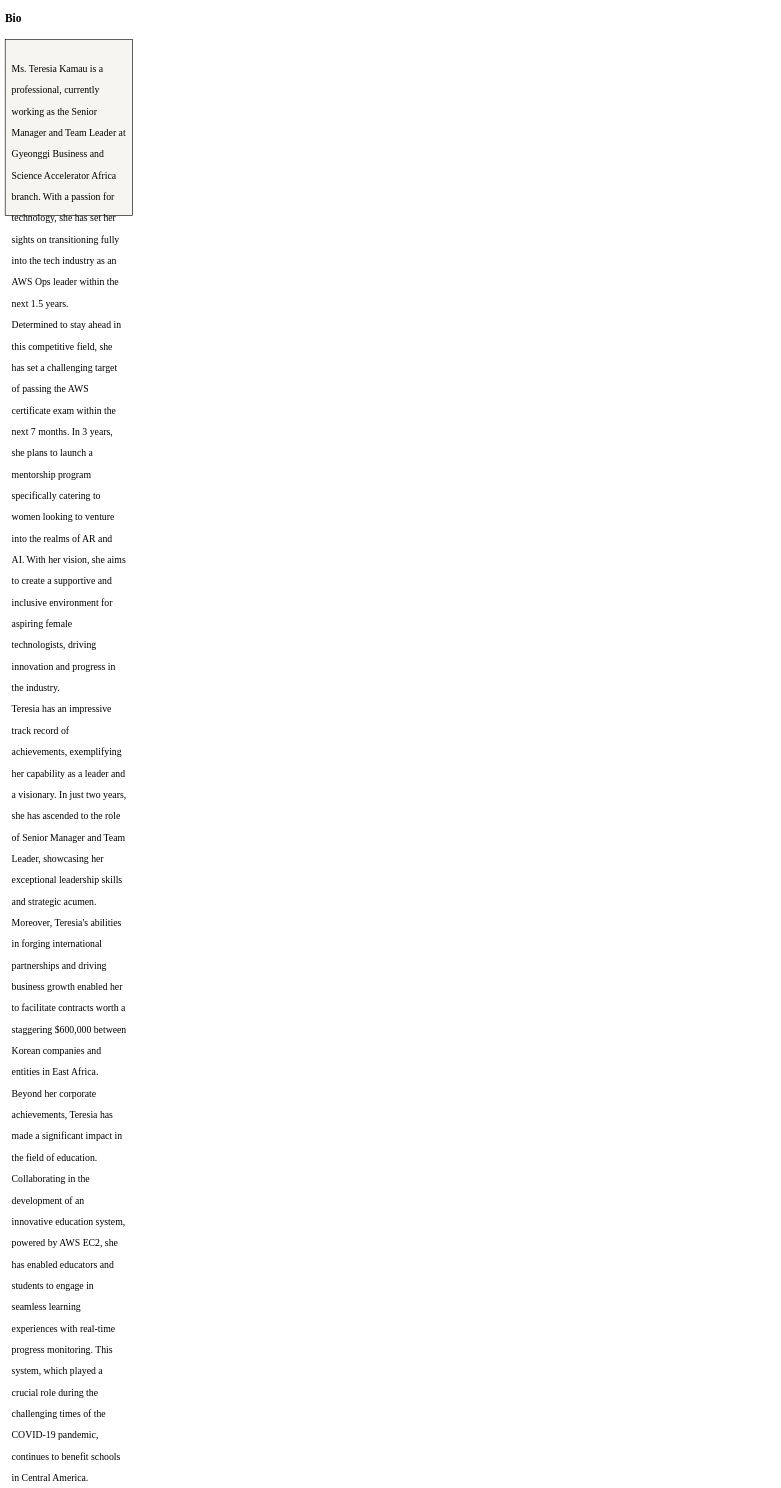
Repository: tessa5/developerPortfolio
Page: public/bio.html
These files come from the project's save history. The page is drawn as it stood at one moment and after a run of saves; the edit follows.
The browser window is 1280 px wide. The pictures show the whole page, at 61% of full size.

Above is the page before, as saved 2023-08-07 12:49:11.

### public/bio.html
<!DOCTYPE html>
<html lang="en">
<head>
    <meta charset="UTF-8">
    <meta name="viewport" content="width=device-width, initial-scale=1.0">
    <title>Document</title>
    <link rel="stylesheet" href="bio.css"/>
</head>
<body>
    <h3>Bio</h3>
    <p class="bio">
        Ms. Teresia Kamau is a professional, currently working as the Senior Manager and Team Leader at Gyeonggi Business and Science Accelerator Africa branch. With a passion for technology, she has set her sights on transitioning fully into the tech industry as an AWS Ops leader within the next 1.5 years. <br/>Determined to stay ahead in this competitive field, she has set a challenging target of passing the AWS certificate exam within the next 7 months.
In 3 years, she plans to launch a mentorship program specifically catering to women looking to venture into the realms of AR and AI. With her vision, she aims to create a supportive and inclusive environment for aspiring female technologists, driving innovation and progress in the industry.
<br/>Teresia has an impressive track record of achievements, exemplifying her capability as a leader and a visionary. In just two years, she has ascended to the role of Senior Manager and Team Leader, showcasing her exceptional leadership skills and strategic acumen. <br/>Moreover, Teresia's abilities in forging international partnerships and driving business growth enabled her to facilitate contracts worth a staggering $600,000 between Korean companies and entities in East Africa.
Beyond her corporate achievements, Teresia has made a significant impact in the field of education. Collaborating in the development of an innovative education system, powered by AWS EC2, she has enabled educators and students to engage in seamless learning experiences with real-time progress monitoring. This system, which played a crucial role during the challenging times of the COVID-19 pandemic, continues to benefit schools in Central America.

    </p>
</body>
</html>

### public/assets/styles/bio.css
.bio {
    border:solid 1px;
    width:210px;
    float: left;
    height:290px;
    line-height:35px;
    background:#f6f5ef;
    padding:10px;
    margin-top:5px;
    box-sizing: border-box;
    word-break: keep-all;
    padding-top:30px;
}

After the next 2 saves:
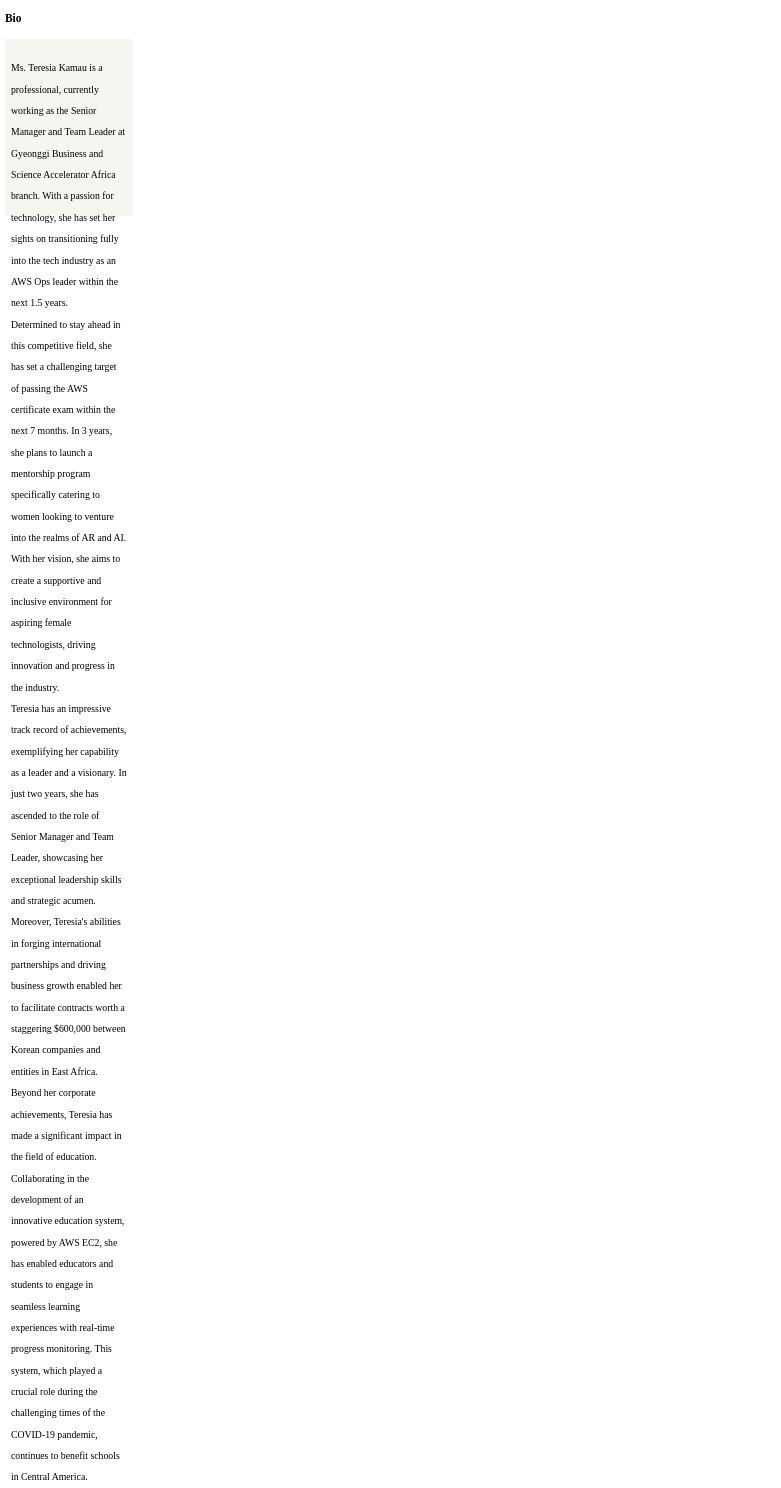
The 2 saves are shown as one change because they came seconds apart.
The last was saved 15 s later.
--- a/public/assets/styles/bio.css
+++ b/public/assets/styles/bio.css
@@ -1,5 +1,5 @@
 .bio {
-    border:solid 1px;
+    border:1px;
     width:210px;
     float: left;
     height:290px;
